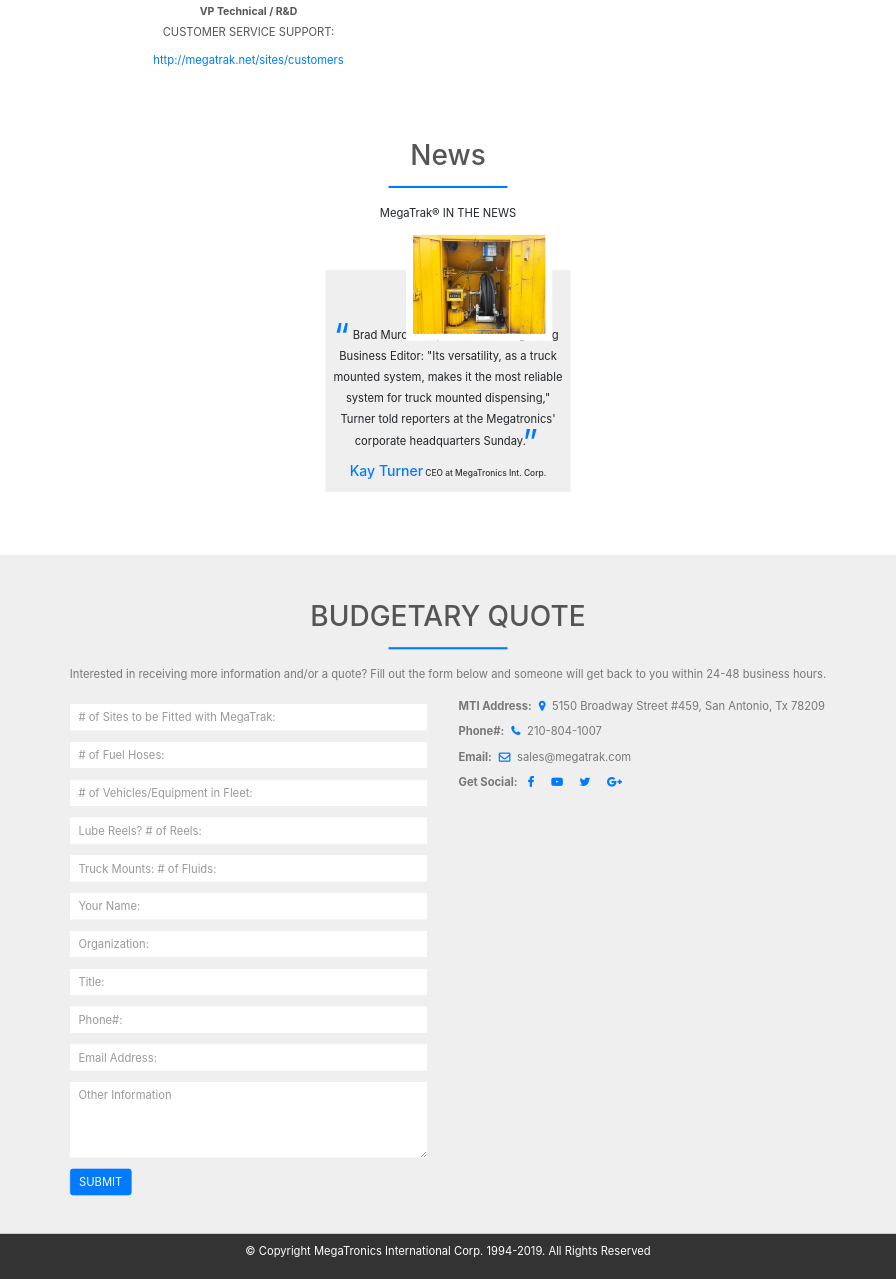
Repository: navegantemx/MegaTrak-Milestone-Project
Page: index.html
The author's editor kept a record of every edit. The page is drawn from the files as they stood at one moment, then again after the next edit.
The browser window is 1280 px wide. The pictures show the part of the page from y = 2541 to 4461 px (the page is 4368 px tall before and 4461 px after), at 70% of full size.
Backgrounds fixed to the window are drawn as part of the page.

Above is the page before.

After the next edit:
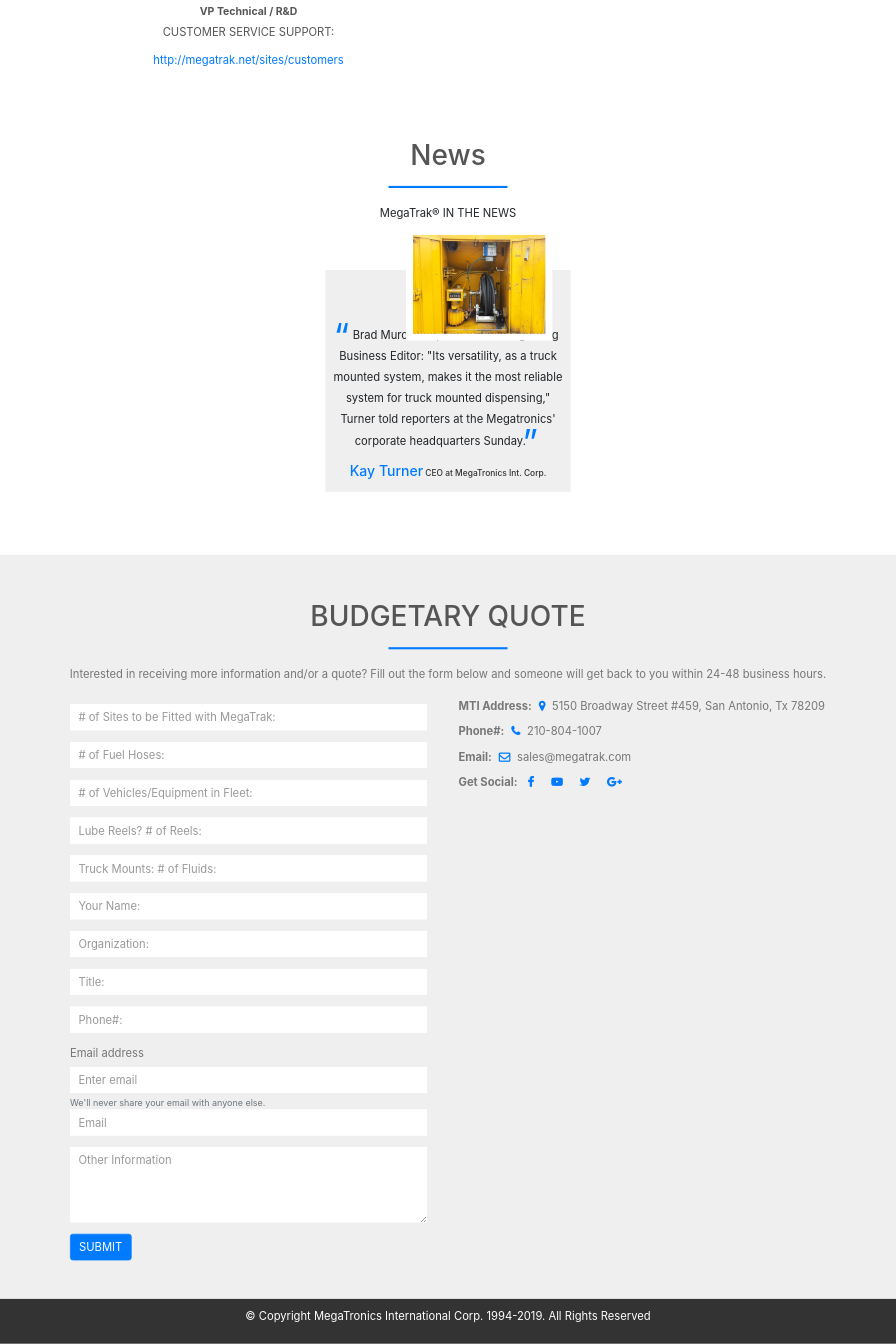
The edit:
--- a/index.html
+++ b/index.html
@@ -260,7 +260,11 @@
                             <input type="number" class="form-control" placeholder="Phone#:" required>
                         </div>
                         <div class="form-group">
-                            <input type="email" class="form-control" placeholder="Email Address:">
+                            <label for="exampleInputEmail1">Email address</label>
+                            <input type="email" class="form-control" id="exampleInputEmail1" aria-describedby="emailHelp" placeholder="Enter email" required>
+                            <small id="emailHelp" class="form-text text-muted">We'll never share your email with anyone else.</small>
+
+                            <input type="email" class="form-control" id="exampleInputEmail1" name="Email" placeholder="Email":" required>
                         </div>
                         <div class="form-group">
                             <textarea class="form-control" rows="4" placeholder="Other Information"></textarea>
